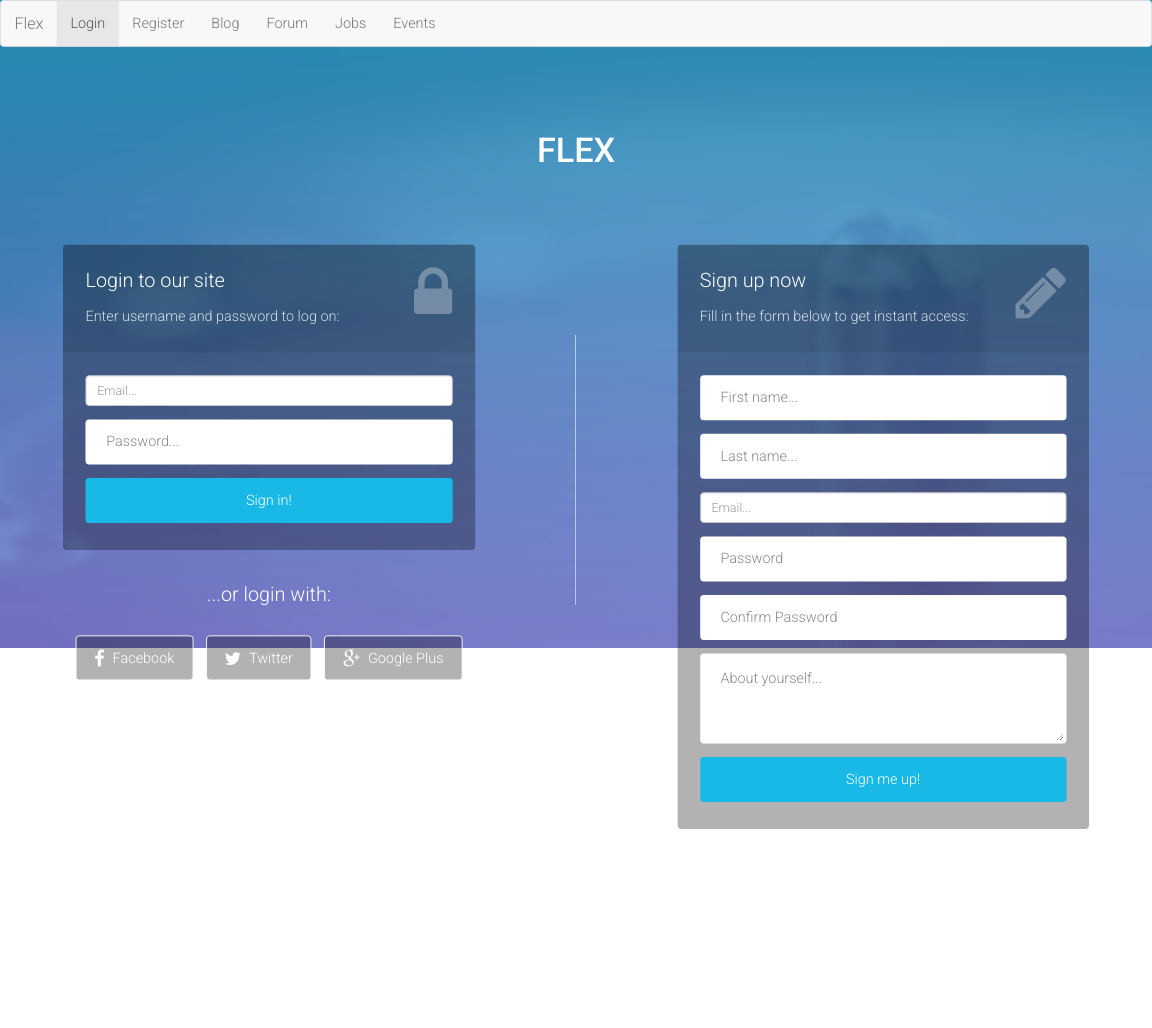
Repository: Angelamritha2012/Flex
Page: Collaboration/WebContent/index.html
The author's editor kept a copy of each file at every save. The page is drawn from the files as they stood at one save, then again after the next save.
The browser window is 1280 px wide. The pictures show the whole page, at 90% of full size.
Some web libraries are served in a nearby version.

Above is the page before, as saved 2017-11-30 11:05:25.

After the next save:
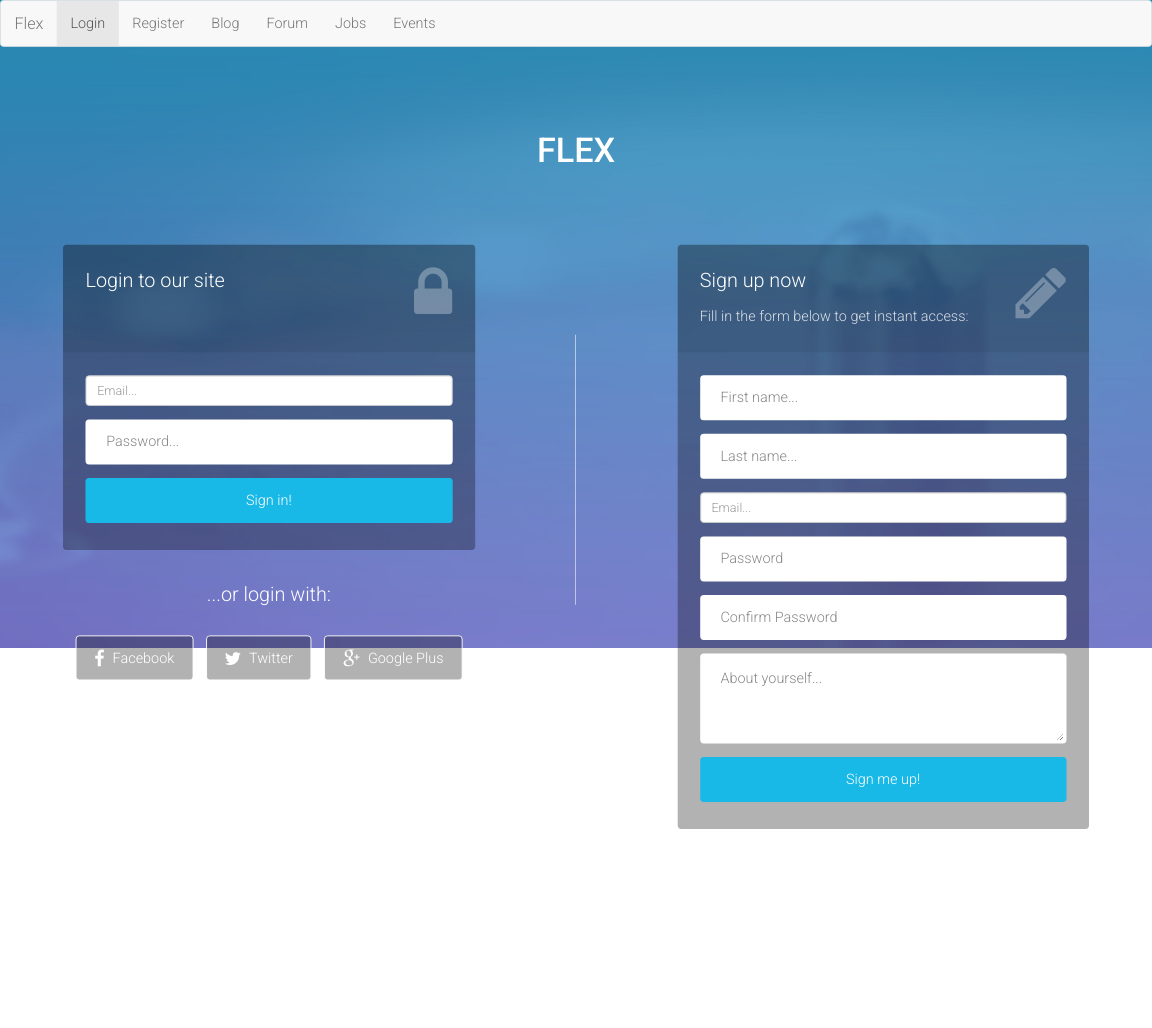
Saved 35 min 6 s later.
--- a/Collaboration/WebContent/index.html
+++ b/Collaboration/WebContent/index.html
@@ -77,7 +77,6 @@
 	                        	<div class="form-top">
 	                        		<div class="form-top-left">
 	                        			<h3>Login to our site</h3>
-	                            		<p>Enter username and password to log on:</p>
 	                        		</div>
 	                        		<div class="form-top-right">
 	                        			<i class="fa fa-lock"></i>
